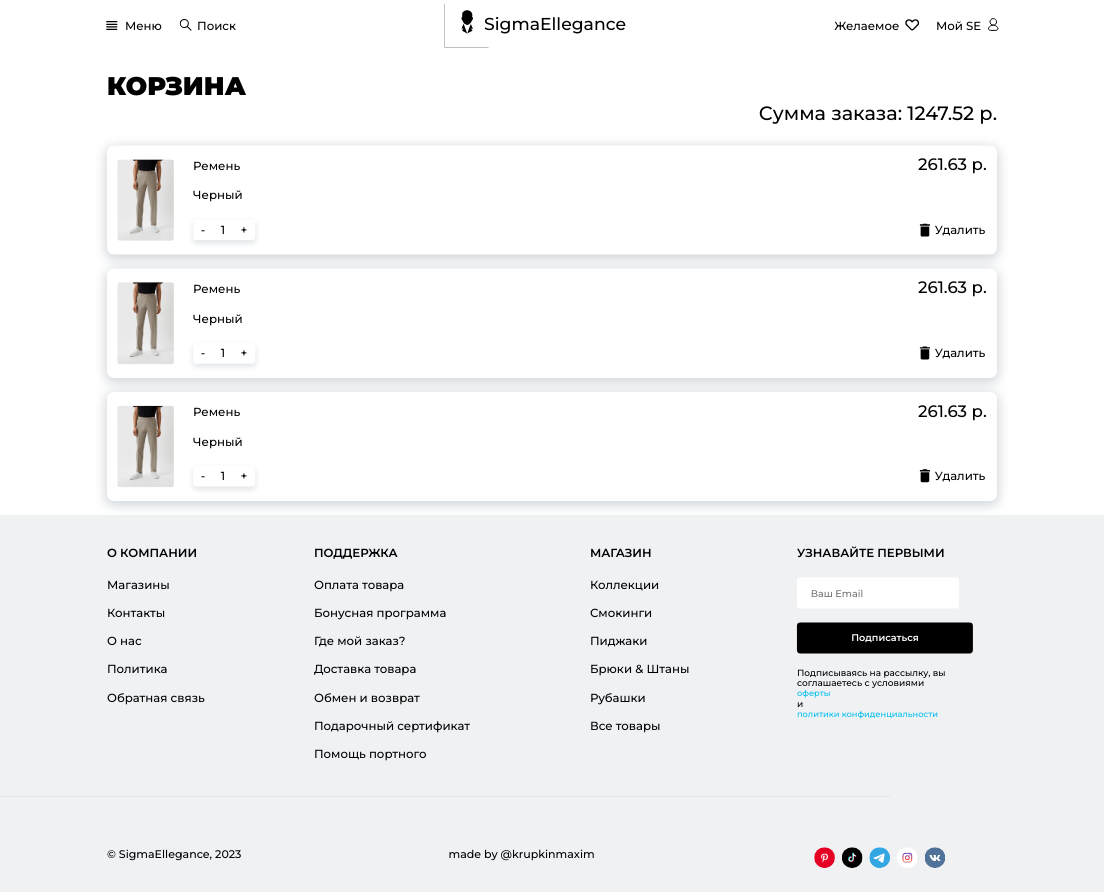
Repository: MaksimKrupkin/SigmaEllegance
Page: /cart
These files come from the project's save history. The page is drawn as it stood at one moment and after the next save; the edit follows.
The browser window is 1280 px wide. The page is 1600 px wide, so the pictures cover 1600 px, including what lies to the right of the window. The pictures show the whole page, at 69% of full size.
Some web fonts or font styles are not loaded; a fallback is used. The project was rebuilt for these pictures with package versions that can differ from the ones it lists, and the page was loaded fresh each time. Also part of the build but not shown: src/Components/SideBar/SideBar.module.css, src/Components/SideBar/SideBar.jsx, src/Pages/HomePage.module.css, src/Components/SliderWrapper/SliderWrapper.module.css, src/Components/SliderCard/SliderCard.module.css, src/Components/SliderCard/SliderCard.jsx, src/Components/LeftArrow/LeftArrow.module.css, src/Components/LeftArrow/LeftArrow.jsx and 31 more.

Above is the page before, as saved 2023-12-19 20:10:28.

After the next save:
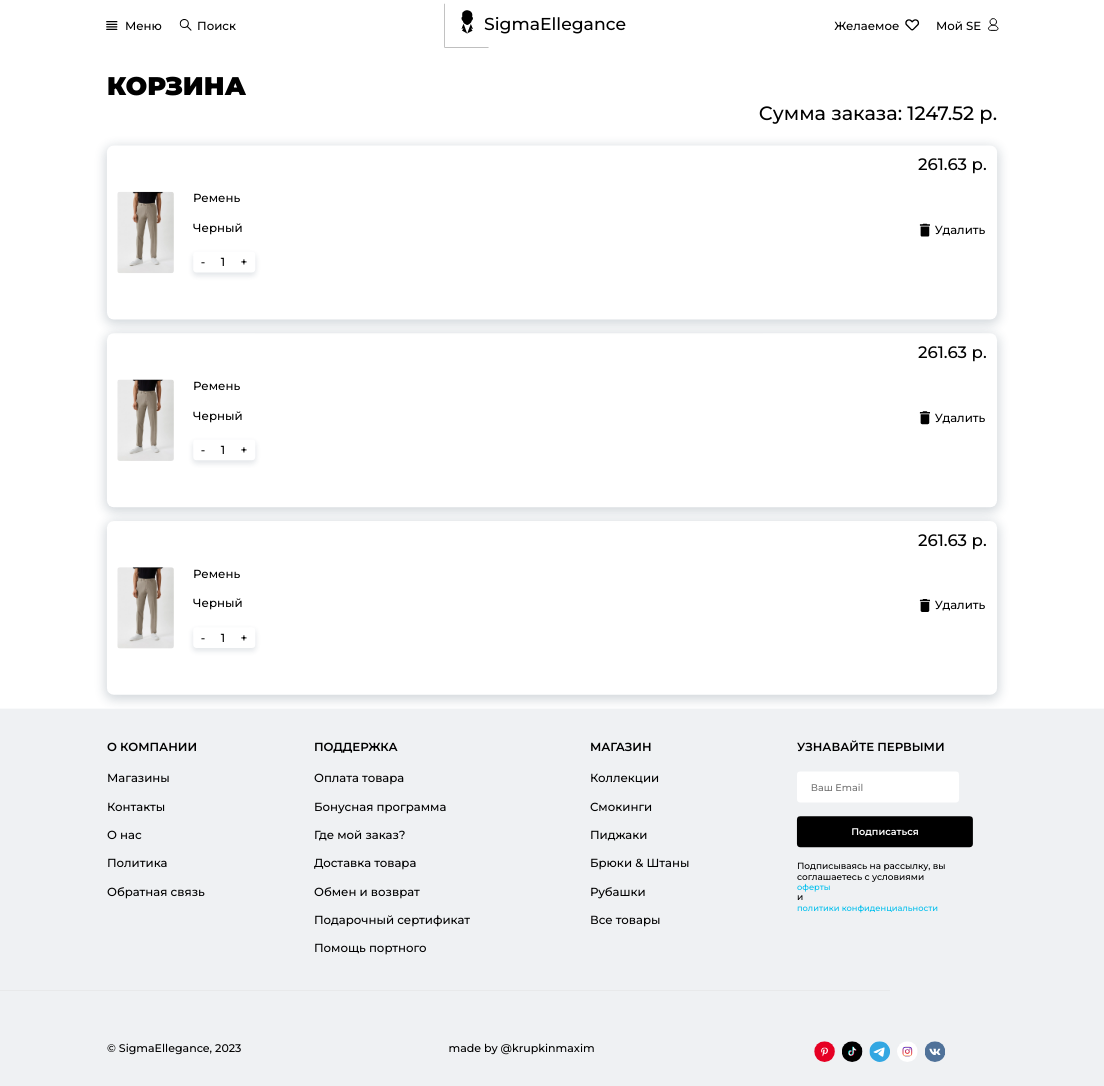
Saved 12 s later.
--- a/src/Pages/Cart/CartGood/CartGood.module.css
+++ b/src/Pages/Cart/CartGood/CartGood.module.css
@@ -2,7 +2,7 @@
   padding: 15px;
 
   width: 100%;
-  height: 22vh;
+  height: 35vh;
   border-radius: 10px;
   display: flex;
   justify-content: space-between;
